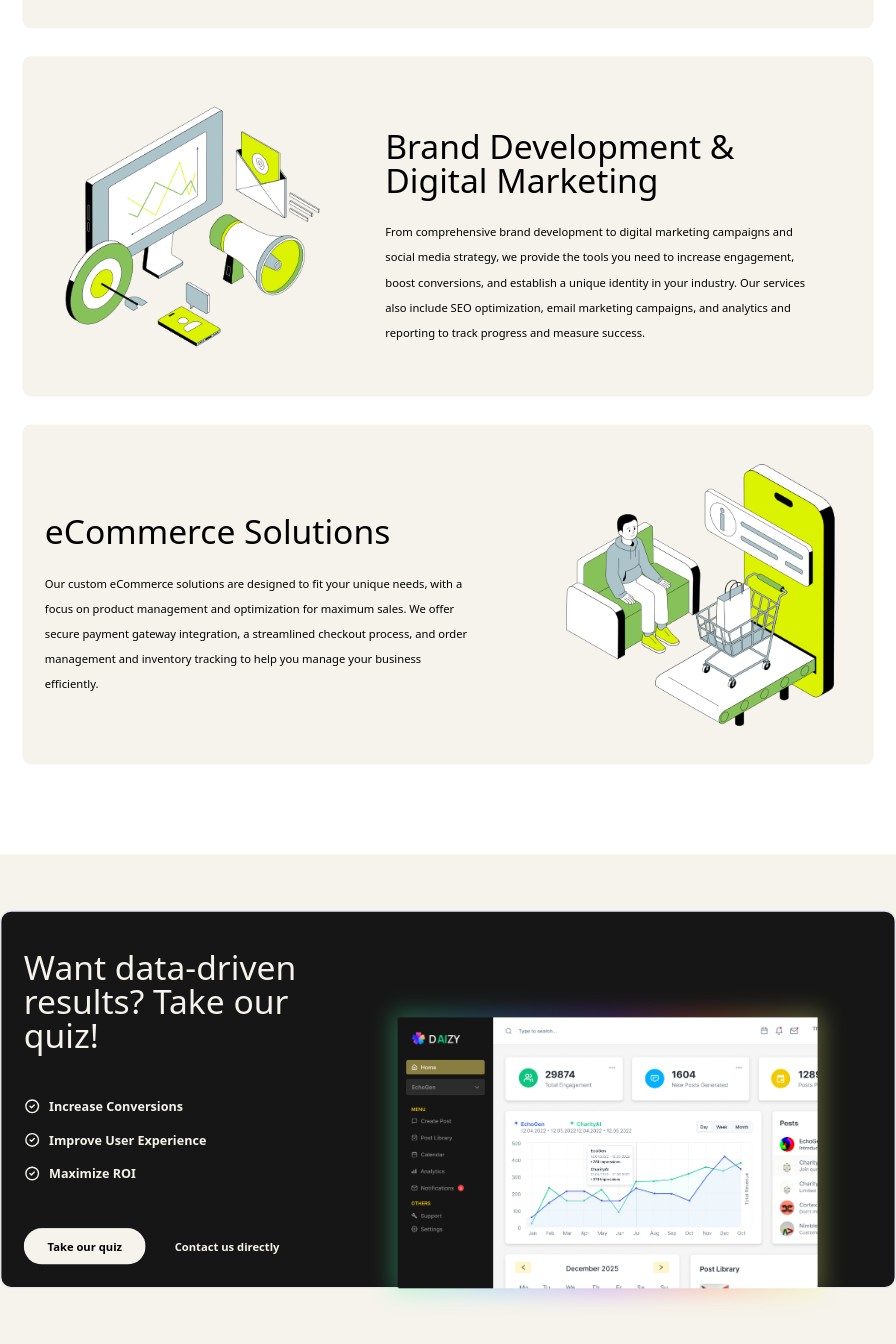
Repository: ornelasedward/mired_website
Page: /
These files come from the project's save history. The page is drawn as it stood at one moment and after the next save; the edit follows.
The browser window is 1280 px wide. The pictures show the part of the page from y = 2609 to 4529 px (the page is 4529 px tall), at 70% of full size.
The project was rebuilt for these pictures with package versions that can differ from the ones it lists, and the page was loaded fresh each time. The framework's server and built-in components were replaced by stand-ins that run in the browser. Also part of the build but not shown: next.config.js.

Above is the page before, as saved 2023-03-30 19:02:30.

After the next save:
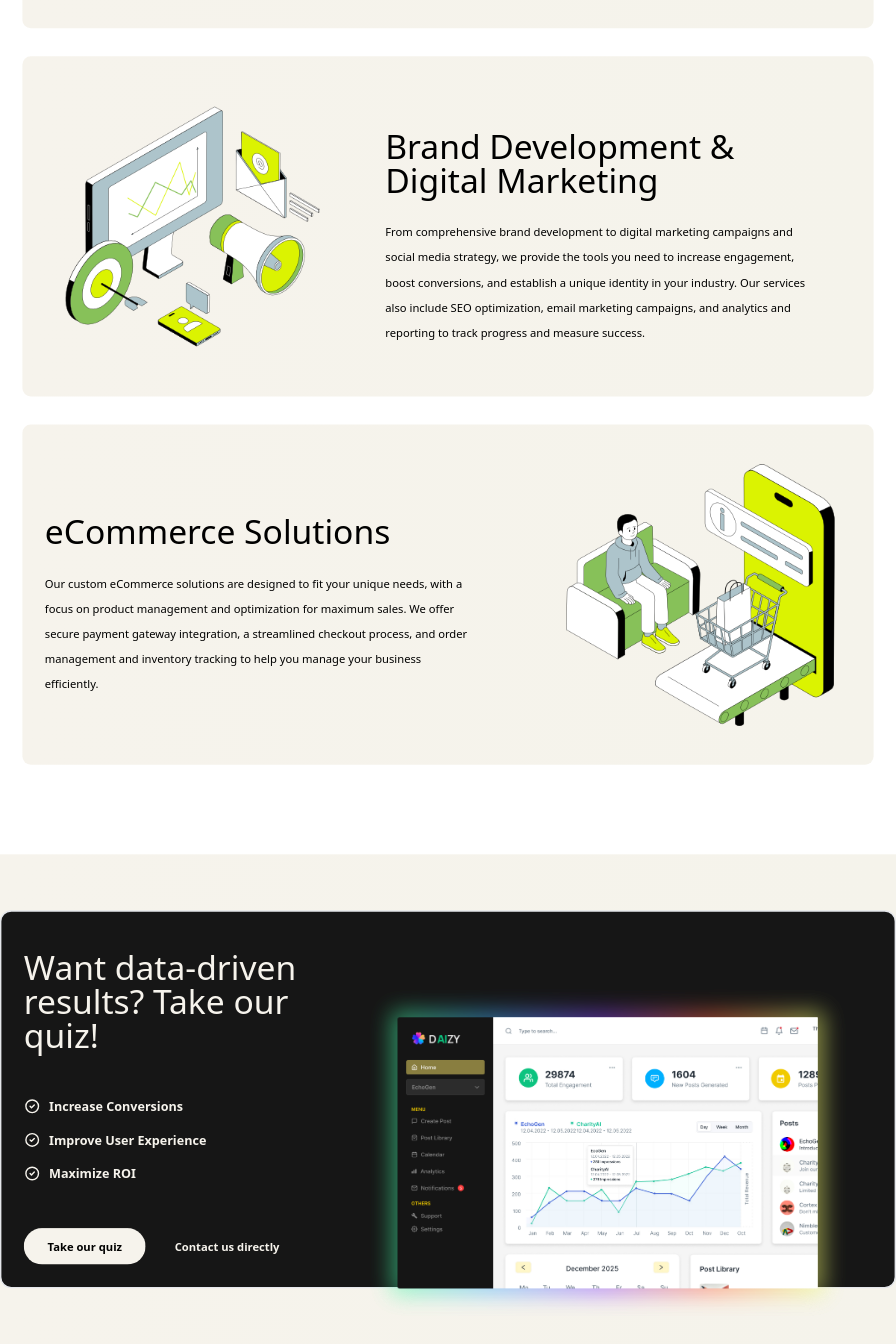
Saved 80 s later.
--- a/components/CTA.tsx
+++ b/components/CTA.tsx
@@ -6,6 +6,29 @@
     <div>
       <section className="relative py-12 overflow-hidden sm:py-16 lg:py-20">
         <div className="px-4 mx-auto max-w-7xl sm:px-6 lg:px-8 border-2 rounded-2xl bg-[#161616]">
+          <div className="mt-16 translate-x-12 lg:absolute lg:bottom-0 lg:right-0 lg:-translate-y-20 lg:-translate-x-38 xl:-translate-x-28 hidden lg:block">
+            <div className="relative">
+              <div className="absolute -inset-2">
+                <div
+                  className="w-full h-full mx-auto opacity-30 blur-lg filter"
+                  style={{
+                    background:
+                      "linear-gradient(90deg, #44ff9a -0.55%, #44b0ff 22.86%, #8b44ff 48.36%, #ff6644 73.33%, #ebff70 99.34%)",
+                  }}
+                ></div>
+              </div>
+
+              <div className="relative">
+                <div className="aspect-w-16 aspect-h-12 lg:aspect-none">
+                  <Image
+                    className="object-cover object-left-top w-[600px] h-full lg:max-w-4xl 2xl:max-w-5xl"
+                    src={Dashboard}
+                    alt=""
+                  />
+                </div>
+              </div>
+            </div>
+          </div>
           <div className="text-center lg:w-1/2 xl:w-2/5 lg:text-left lg:pr-8 py-8">
             <h2 className="mt-6 text-3xl font-regular text-[#F6F3EC] sm:text-4xl xl:text-5xl font-pj">
               Want data-driven results? Take our quiz!

After the save that followed:
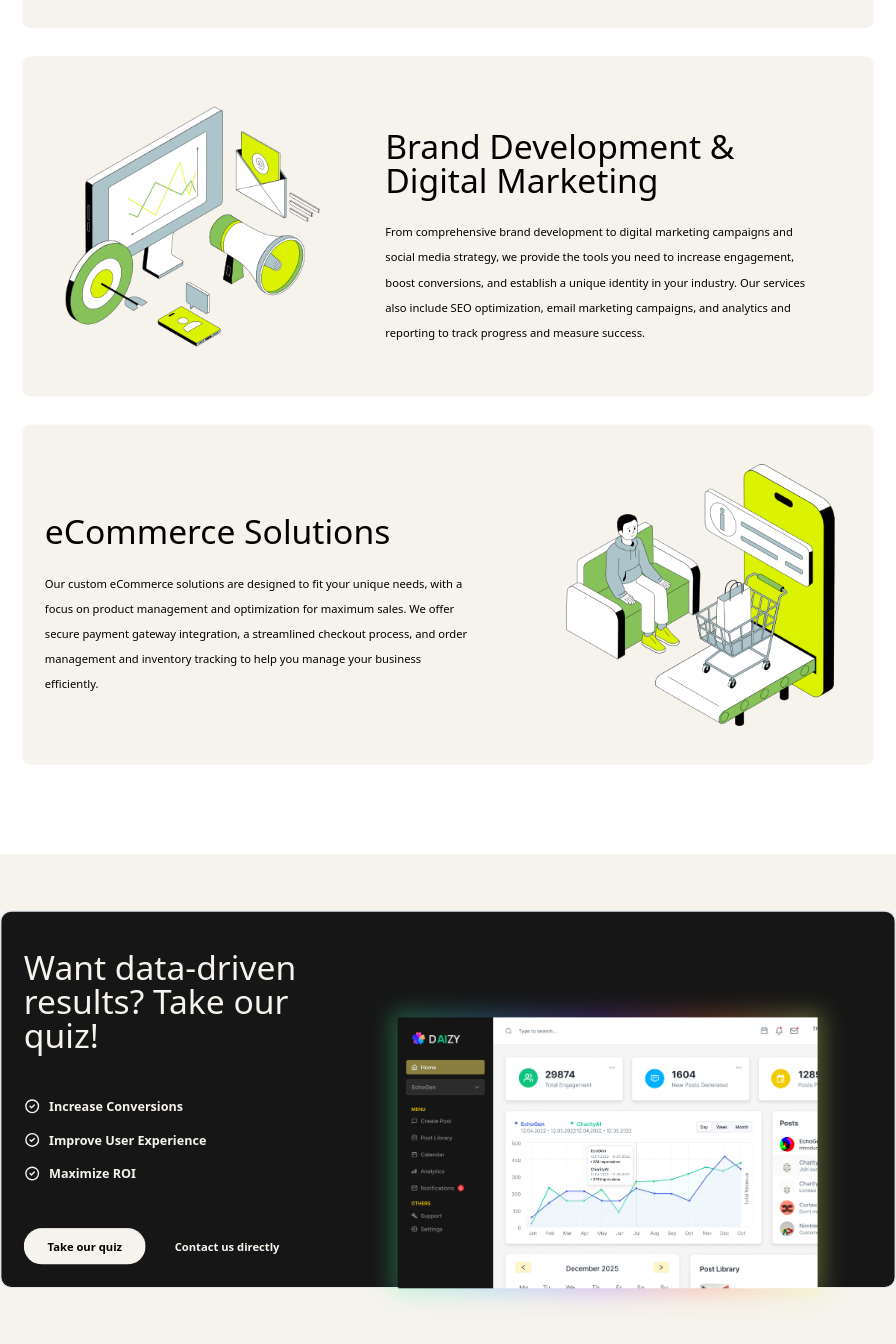
Saved 17 s later.
--- a/components/CTA.tsx
+++ b/components/CTA.tsx
@@ -6,7 +6,7 @@
     <div>
       <section className="relative py-12 overflow-hidden sm:py-16 lg:py-20">
         <div className="px-4 mx-auto max-w-7xl sm:px-6 lg:px-8 border-2 rounded-2xl bg-[#161616]">
-          <div className="mt-16 translate-x-12 lg:absolute lg:bottom-0 lg:right-0 lg:-translate-y-20 lg:-translate-x-38 xl:-translate-x-28 hidden lg:block">
+          <div className="mt-16 translate-x-12 lg:absolute lg:bottom-0 lg:right-0 lg:-translate-y-20 lg:-translate-x-38 xl:-translate-x-28 lg:hidden">
             <div className="relative">
               <div className="absolute -inset-2">
                 <div
